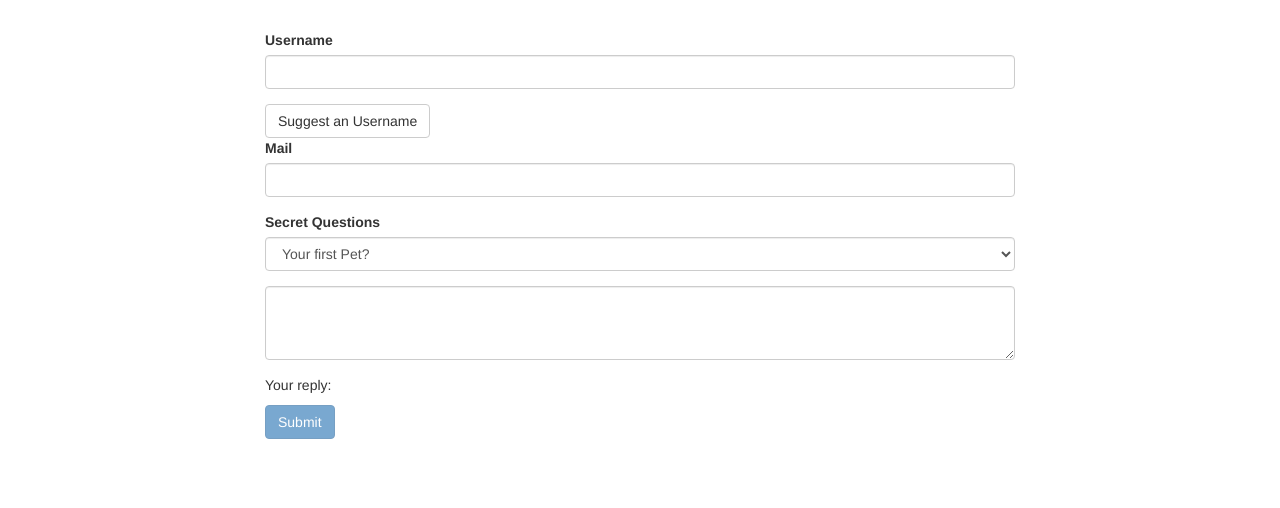
Repository: NikitasX/AngularCourse
Page: / (app in forms-start/)
These files come from the project's save history. The page is drawn as it stood at one moment and after the next save; the edit follows.
The browser window is 1280 px wide. The pictures show the whole page.
The project was rebuilt for these pictures with package versions that can differ from the ones it lists, and the page was loaded fresh each time. Also part of the build but not shown: forms-start/angular.json.

Above is the page before, as saved 2020-09-25 15:53:51.

After the next save:
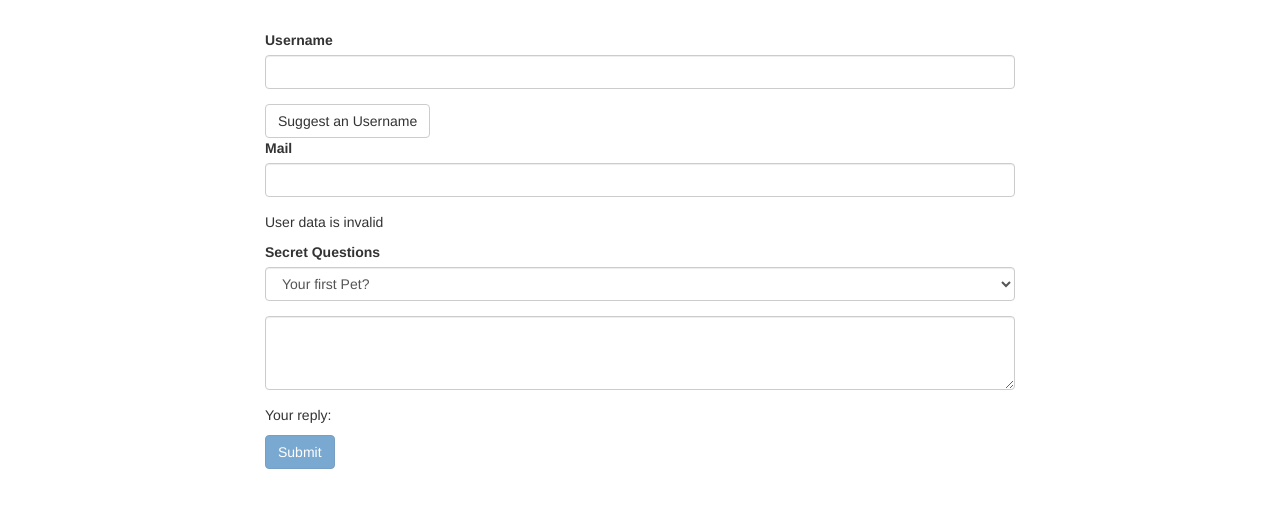
Saved 6 s later.
--- a/forms-start/src/app/app.component.html
+++ b/forms-start/src/app/app.component.html
@@ -35,7 +35,7 @@
               </span>
           </div>
         </div>
-        <p></p>
+        <p>User data is invalid</p>
         <div class="form-group">
           <label for="secret">Secret Questions</label>
           <select

After the 2 saves that followed:
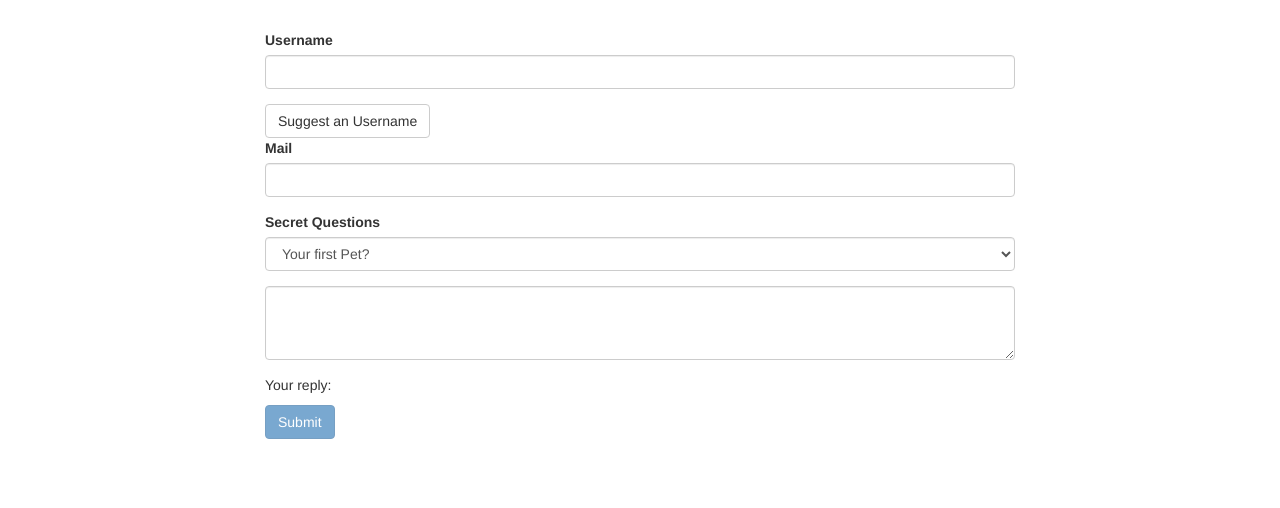
The 2 saves are shown as one change because 1 left the picture as it was.
The last was saved 11 s later.
--- a/forms-start/src/app/app.component.html
+++ b/forms-start/src/app/app.component.html
@@ -35,7 +35,7 @@
               </span>
           </div>
         </div>
-        <p>User data is invalid</p>
+        <p *ngIf="userData.valid">User data is invalid</p>
         <div class="form-group">
           <label for="secret">Secret Questions</label>
           <select
